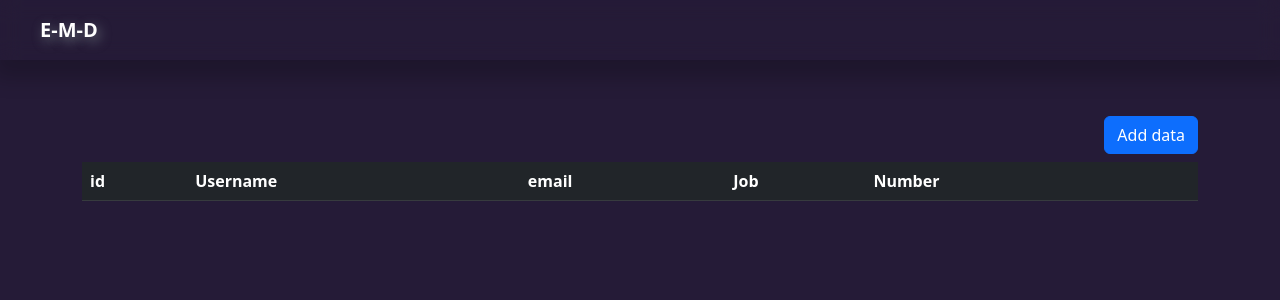
Repository: iamevs/Employee-Management-System
Page: /home (app in client/)
An editor plug-in stored every save of this project. The page is shown before and after the next save, followed by the edit.
The browser window is 1280 px wide. The pictures show the whole page.
The page's requests for data from a server got no answer. The project was rebuilt for these pictures with package versions that can differ from the ones it lists, and the page was loaded fresh each time. No one was signed in, and anything a server would have sent is missing. Also part of the build but not shown: client/vite.config.js, client/src/components/Register.jsx, client/src/components/Edit.jsx, client/src/components/Hero.jsx. Imported but missing from the stored project, and not drawn on this page: client/src/components/Details.

Above is the page before, as saved 2022-11-28 23:27:32.

### client/index.html
<html lang="en">
  <head>
    <meta charset="UTF-8" />
    <link rel="icon" type="image/svg+xml" href="/vite.svg" />
    <meta name="viewport" content="width=device-width, initial-scale=1.0" />
    <title>employee-management</title>
  </head>
  <body>
    <div id="root"></div>
    <script type="module" src="/src/main.jsx"></script>
  </body>
</html>

### client/src/main.jsx
import React, { StrictMode } from 'react';
import ReactDOM from 'react-dom';
import { createRoot } from "react-dom/client";
import './index.css';
import App from './App';
import { BrowserRouter } from "react-router-dom"
import ContextProvider from "./components/context/ContextProvider";
// root.render(
//   <StrictMode>
//   <ContextProvider>
//     <BrowserRouter>
//       <App />
//     </BrowserRouter>
//   </ContextProvider>
//   </StrictMode>
//   ,
//   document.getElementById('root')
// );


createRoot(document.getElementById('root')).render(
  <ContextProvider>
    <BrowserRouter>
      <App />
    </BrowserRouter>
  </ContextProvider>
)

### client/src/index.css
body {
  margin: 0;
  font-family: -apple-system, BlinkMacSystemFont, 'Segoe UI', 'Roboto', 'Oxygen',
    'Ubuntu', 'Cantarell', 'Fira Sans', 'Droid Sans', 'Helvetica Neue',
    sans-serif;
  -webkit-font-smoothing: antialiased;
  -moz-osx-font-smoothing: grayscale;
  background-color: #251B37 !important;
  color: #fff !important;
}

code {
  font-family: source-code-pro, Menlo, Monaco, Consolas, 'Courier New',
    monospace;
}

.btns{
  display: flex;
  justify-content: space-between;
}

### client/src/App.jsx
import './App.css';
import "../node_modules/bootstrap/dist/css/bootstrap.min.css"
import "../node_modules/bootstrap/dist/js/bootstrap.bundle.min.js"
import Navbar from './components/Navbar';
import Home from './components/Home';
import Register from './components/Register';
import Edit from './components/Edit';
import Details from './components/Details';
import Hero from "./components/Hero.jsx";
import {Routes,Route} from "react-router-dom"




function App() {
  return (
   <>
    <Navbar />
    <Routes>
      <Route path="/" element={<Hero/>} />
      <Route  path="/home" element={<Home/>} />
      <Route exact path="/register" element={<Register/>} />
      <Route exact path="/edit/:id" element={<Edit/>} />
      <Route exact path="/view/:id" element={<Details/>} />
    </Routes>

   </>
  );
}

export default App;

### client/src/components/context/ContextProvider.jsx
import React, { createContext, useState } from 'react'


export const adddata = createContext("");
export const updatedata = createContext("");
export const deldata = createContext("");

const ContextProvider = ({ children }) => {

    const [udata, setUdata] = useState("");
    const [updata, setUPdata] = useState("");
    const [dltdata, setDLTdata] = useState("");


    return (
        <adddata.Provider value={{ udata, setUdata }}>
            <updatedata.Provider value={{ updata, setUPdata }}>
                <deldata.Provider value={{dltdata, setDLTdata}}>
                    {children}
                </deldata.Provider>

            </updatedata.Provider>

        </adddata.Provider>
    )
}

export default ContextProvider;

### client/src/App.css
.add_btn{
  text-align: right;
}

.container{
  overflow: auto;
}

.left_view h3{
  font-size: 21px;
}

.left_view p{
  font-weight: 600;
}

.left_view span{
  font-weight: 400;
}

.right_view p{
  font-weight: 600;
}


.right_view span{
  font-weight: 400;
}

### client/src/components/Navbar.jsx
import React from 'react'
import { NavLink } from 'react-router-dom'
import { Box, Stack } from "@mui/material";


const Navbar = () => {
    return (
        <Stack >
            <Box className="navbar navbar-expand-lg text-white" sx={{
                backgroundColor: "transparent",
                backdropFilter: "blur(10px) !important",
                position: "relative",
                color: "white",
                boxShadow: "4px 7px 20px 11px rgb(0 0 0 / 20%)",
                height: "60px",
                padding: "0 40px 0 40px",
            }}>
                <Box sx={{
                    fontSize: "20px",
                    textShadow: "3px 4px 12px #6c757d",
                    fontWeight: "bold",
                }}>E-M-D</Box>
            </Box>
        </Stack>
    )
}

export default Navbar

### client/src/components/Home.jsx
import React, { useState, useEffect, useContext } from 'react'
import RemoveRedEyeIcon from '@mui/icons-material/RemoveRedEye';
import CreateIcon from '@mui/icons-material/Create';
import DeleteOutlineIcon from '@mui/icons-material/DeleteOutline';
import { NavLink } from 'react-router-dom';
import { adddata, deldata } from './context/ContextProvider';
import { updatedata } from './context/ContextProvider'

var getuserlink = "http://localhost:8001/getusers";


const Home = () => {

    const [getuserdata, setUserdata] = useState([]);

    console.log(getuserdata);

    const { udata, setUdata } = useContext(adddata);

    const {updata, setUPdata} = useContext(updatedata);

    const {dltdata, setDLTdata} = useContext(deldata);

    const getdata = async () => {

        const res = await fetch(getuserlink, {
            method: "GET",
            headers: {
                "Content-Type": "application/json"
            }
        });

        const data = await res.json();
        console.log(data);

        if (res.status === 422 || !data) {
            console.log("error ");

        } else {
            setUserdata(data)
            console.log("get data");

        }
    }

    useEffect(() => {
        getdata();
    }, [])

    const deleteuser = async (id) => {

        const res2 = await fetch(`/deleteuser/${id}`, {
            method: "DELETE",
            headers: {
                "Content-Type": "application/json"
            }
        });

        const deletedata = await res2.json();
        console.log(deletedata);

        if (res2.status === 422 || !deletedata) {
            console.log("error");
        } else {
            console.log("user deleted");
            setDLTdata(deletedata)
            getdata();
        }

    }


    return (

        <>
            {
                udata ?
                    <>
                        <div className="alert alert-success alert-dismissible fade show" role="alert">
                            <strong>{udata.name}</strong>  added succesfully!
                            <button type="button" className="btn-close" data-bs-dismiss="alert" aria-label="Close"></button>
                        </div>
                    </> : ""
            }
            {
                updata ?
                    <>
                        <div className="alert alert-success alert-dismissible fade show" role="alert">
                            <strong>{updata.name}</strong>  updated succesfully!
                            <button type="button" className="btn-close" data-bs-dismiss="alert" aria-label="Close"></button>
                        </div>
                    </> : ""
            }

            {
                dltdata ?
                    <>
                        <div className="alert alert-danger alert-dismissible fade show" role="alert">
                            <strong>{dltdata.name}</strong>  deleted succesfully!
                            <button type="button" className="btn-close" data-bs-dismiss="alert" aria-label="Close"></button>
                        </div>
                    </> : ""
            }


            <div className="mt-5">
                <div className="container">
                    <div className="add_btn mt-2 mb-2">
                        <NavLink to="/register" className="btn btn-primary">Add data</NavLink>
                    </div>

                    <table class="table">
                        <thead>
                            <tr className="table-dark">
                                <th scope="col">id</th>
                                <th scope="col">Username</th>
                                <th scope="col">email</th>
                                <th scope="col">Job</th>
                                <th scope="col">Number</th>
                                <th scope="col"></th>
                            </tr>
                        </thead>
                        <tbody>

                            {
                                getuserdata.map((val, ind) => {
                                    return (
                                        <tr>
                                            <th scope="row">{ind + 1}</th>
                                            <td>{val.name}</td>
                                            <td>{val.email}</td>
                                            <td>{val.work}</td>
                                            <td>{val.mobile}</td>
                                            <td className='btns'>
                                                <NavLink to={`/view/${val._id}`} className="btn btn-primary"><RemoveRedEyeIcon /></NavLink>
                                                <NavLink to={`/update/${val._id}`} className="btn btn-success"><CreateIcon /></NavLink>
                                                <button onClick={() => deleteuser(val._id)} className="btn btn-danger"><DeleteOutlineIcon /></button>
                                            </td>
                                        </tr>
                                    )
                                })
                            }
                        </tbody>
                    </table>


                </div>
            </div>
        </>
    )
}

export default Home

After the next save:
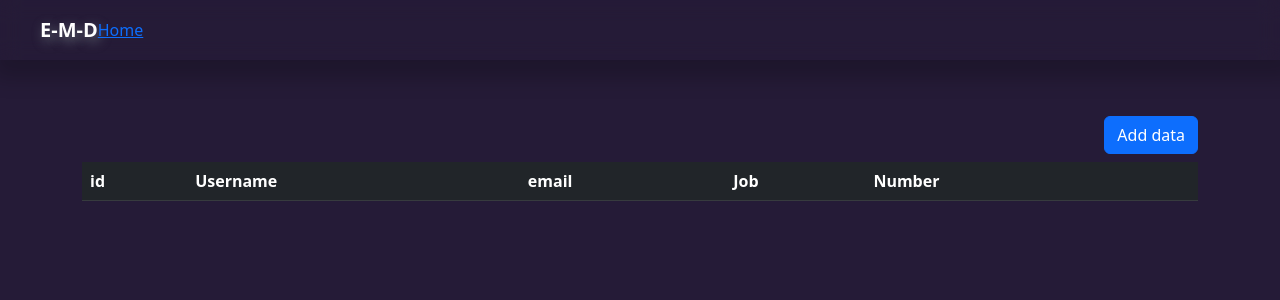
Saved 41 s later.
--- a/client/src/components/Navbar.jsx
+++ b/client/src/components/Navbar.jsx
@@ -20,6 +20,9 @@ const Navbar = () => {
                     textShadow: "3px 4px 12px #6c757d",
                     fontWeight: "bold",
                 }}>E-M-D</Box>
+                <Box>
+                    <a href="/home">Home</a>
+                </Box>
             </Box>
         </Stack>
     )
